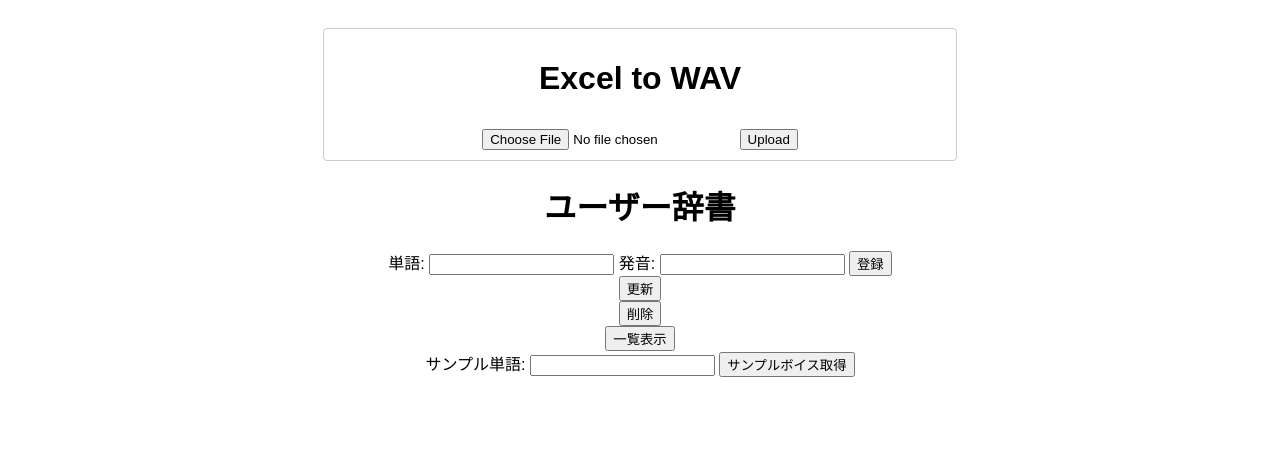
Repository: limonene213u/Excel-to-VOICE
Page: http://localhost/
An editor plug-in stored every save of this project. The page is shown before and after the next save, followed by the edit.
The browser window is 1280 px wide. The pictures show the whole page.
The page is served by the project's application, run on Flask 3 (volume/app.py).

Above is the page before, as saved 2023-10-10 23:41:19.

### volume/templates/index.html
<!DOCTYPE html>
<html lang="ja">
<head>
    <meta charset="UTF-8">
    <meta name="viewport" content="width=device-width, initial-scale=1.0">
    <title>VOICEVOX Excel to WAV</title>
    <style>
        body {
            font-family: Arial, sans-serif;
            padding: 20px;
            text-align: center;
        }
        #upload-form {
            margin: auto;
            width: 50%;
            padding: 10px;
            border: 1px solid #ccc;
            border-radius: 4px;
        }
        #upload-button {
            margin-top: 10px;
        }
    </style>
</head>
<body>
    <div id="upload-form">
        <h1>Excel to WAV</h1>
        <form action="/upload" method="post" enctype="multipart/form-data">
            <input type="file" name="file" accept=".xlsx" required>
            <input type="submit" value="Upload" id="upload-button">
        </form>
    </div>
    <div id="dictionary-form">
        <h1>ユーザー辞書</h1>
        <form action="/add_word" method="post">
            <label for="word">単語:</label>
            <input type="text" id="word" name="word" required>
            <label for="pronunciation">発音:</label>
            <input type="text" id="pronunciation" name="pronunciation" required>
            <input type="submit" value="登録">
        </form>
        <form action="/update_word" method="post">
            <!-- 既存の単語と発音を選択するためのUI（例：ドロップダウン） -->
            <!-- 更新する単語と発音の入力 -->
            <!-- ... -->
            <input type="submit" value="更新">
        </form>
        <form action="/delete_word" method="post">
            <!-- 削除する単語を選択するためのUI（例：ドロップダウン） -->
            <!-- ... -->
            <input type="submit" value="削除">
        </form>
        <button id="list-words" onclick="listWords()">一覧表示</button>
        <div id="word-list"></div>
        <form action="/sample_voice" method="post">
            <label for="sample-word">サンプル単語:</label>
            <input type="text" id="sample-word" name="sample-word" required>
            <input type="submit" value="サンプルボイス取得">
        </form>
    </div>
    <div id="word-list"></div>
    </div>
</body>
    <script>
        function listWords() {
            // Ajaxでサーバーから単語一覧を取得して表示
            fetch('/list_words')
            .then(response => response.json())
            .then(data => {
                let wordListHtml = '<ul>';
                for (const [word, pronunciation] of Object.entries(data)) {
                    wordListHtml += `<li>${word} : ${pronunciation}</li>`;
                }
                wordListHtml += '</ul>';
                document.getElementById('word-list').innerHTML = wordListHtml;
            });
        }
    </script>
</html>

### volume/app.py
# app.py
from flask import Flask, render_template, request, send_file, jsonify, redirect, url_for, send_from_directory, Blueprint, make_response
import openpyxl
import requests
import json
import wave

app = Flask(__name__, static_folder='./static', template_folder='./templates')

@app.route('/')
def index():
    return render_template('index.html')

@app.route('/upload', methods=['POST'])
def upload_file():
    file = request.files['file']
    if file:
        # Excelファイルを処理
        workbook = openpyxl.load_workbook(file)
        sheet = workbook.active

        wav_data = b''  # 連結された音声データを保持するにゃん
        silence = b'\x00' * 48000  # 1秒間の無音データを作成するにゃん (サンプルレート24000、2バイト/サンプルで計算)

        # A2から開始し、B列の末尾まで処理するにゃん
        for row_idx in range(2, sheet.max_row + 1):
            for col_idx in range(1, 3):  # A列とB列のインデックスは1と2にゃん
                cell_value = sheet.cell(row=row_idx, column=col_idx).value
                if cell_value:
                    # 音声化する文言と話者を指定(3で標準ずんだもんになる)
                    params = (
                        ('text', cell_value),
                        ('speaker', 3),
                    )
                    # 音声合成用のクエリ作成
                    query = requests.post(
                        'http://voicevox:50021/audio_query',
                        params=params
                    )
                    # 音声合成を実施
                    synthesis = requests.post(
                        'http://voicevox:50021/synthesis',
                        headers={"Content-Type": "application/json"},
                        params=params,
                        data=json.dumps(query.json())
                    )
            wav_data += synthesis.content  # 連結するにゃん
            wav_data += silence  # 各音声データの後に無音データを追加するにゃん

        # wavファイルを保存
        wav_file_path = 'output.wav'
        with wave.open(wav_file_path, 'wb') as wav_file:
            wav_file.setnchannels(1)
            wav_file.setsampwidth(2)  # 16-bit PCM
            wav_file.setframerate(24000)
            wav_file.writeframes(wav_data)

        return send_file(wav_file_path, as_attachment=True)

# 既存の辞書（例）
user_dict = {}

@app.route('/add_word', methods=['POST'])
def add_word():
    word = request.form['word']
    pronunciation = request.form['pronunciation']
    user_dict[word] = pronunciation
    # VOICEVOX APIで辞書を更新する処理
    return "単語を追加しましたにゃ"

@app.route('/update_word', methods=['POST'])
def update_word():
    # 既存の単語と新しい発音を取得して更新
    # VOICEVOX APIで辞書を更新する処理
    return "単語を更新しましたにゃ"

@app.route('/delete_word', methods=['POST'])
def delete_word():
    # 削除する単語を取得して削除
    # VOICEVOX APIで辞書を更新する処理
    return "単語を削除しましたにゃ"

@app.route('/list_words', methods=['GET'])
def list_words():
    return jsonify(user_dict)

@app.route('/sample_voice', methods=['POST'])
def sample_voice():
    sample_word = request.form['sample-word']
    # VOICEVOX APIでサンプルボイスを取得する処理
    # 例: sample_voice = get_sample_voice_from_voicevox(sample_word)
    return f"{sample_word} のサンプルボイスは {sample_voice} にゃ"

if __name__ == '__main__':
    app.run(host='0.0.0.0', port=5000, debug=True)

After the next save:
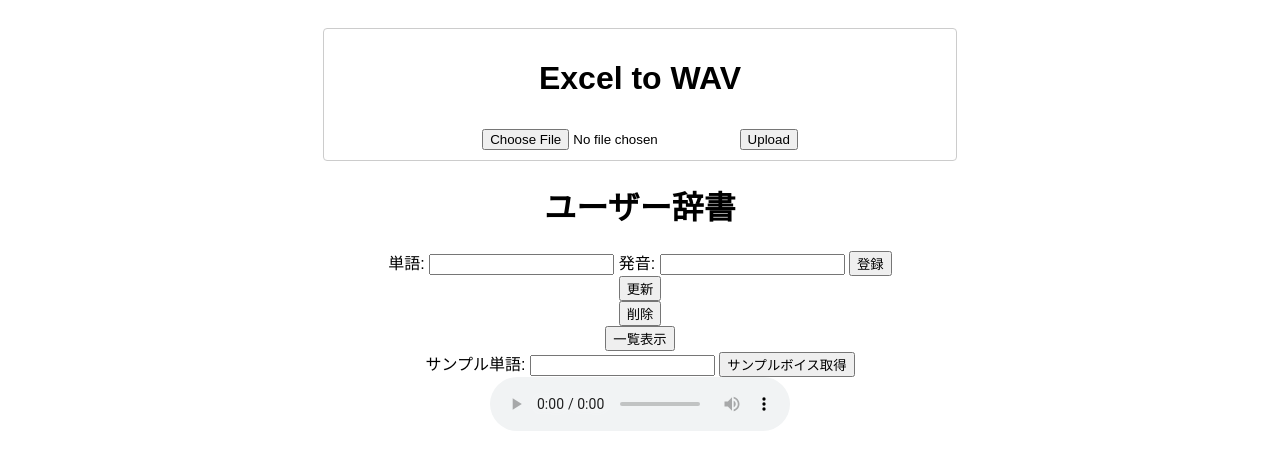
Saved 2 min 12 s later.
--- a/volume/templates/index.html
+++ b/volume/templates/index.html
@@ -52,28 +52,28 @@
         </form>
         <button id="list-words" onclick="listWords()">一覧表示</button>
         <div id="word-list"></div>
-        <form action="/sample_voice" method="post">
+        <form id="sample-voice-form">
             <label for="sample-word">サンプル単語:</label>
             <input type="text" id="sample-word" name="sample-word" required>
-            <input type="submit" value="サンプルボイス取得">
+            <button type="button" onclick="getSampleVoice()">サンプルボイス取得</button>
         </form>
+        <audio id="sample-voice-player" controls></audio>
     </div>
     <div id="word-list"></div>
     </div>
 </body>
-    <script>
-        function listWords() {
-            // Ajaxでサーバーから単語一覧を取得して表示
-            fetch('/list_words')
-            .then(response => response.json())
-            .then(data => {
-                let wordListHtml = '<ul>';
-                for (const [word, pronunciation] of Object.entries(data)) {
-                    wordListHtml += `<li>${word} : ${pronunciation}</li>`;
-                }
-                wordListHtml += '</ul>';
-                document.getElementById('word-list').innerHTML = wordListHtml;
-            });
-        }
+<script>
+    function getSampleVoice() {
+        const sampleWord = document.getElementById('sample-word').value;
+        // Ajaxでサーバーからサンプルボイスを取得
+        fetch(`/sample_voice?sample-word=${sampleWord}`)
+        .then(response => response.blob())
+        .then(data => {
+            const audioUrl = URL.createObjectURL(data);
+            const audioPlayer = document.getElementById('sample-voice-player');
+            audioPlayer.src = audioUrl;
+        });
+    }
     </script>
+
 </html>
